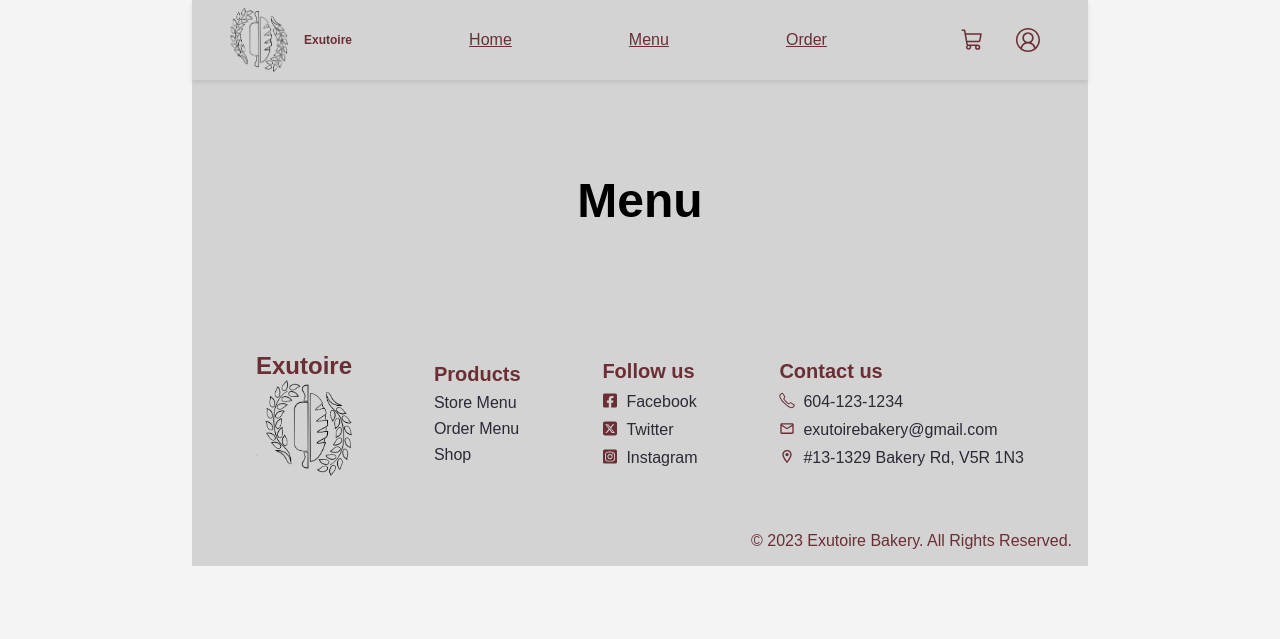
Repository: MelissaJacobi/COMP3170-final-proj
Page: /menu
These files come from the project's save history. The page is drawn as it stood at one moment and after the next save; the edit follows.
The browser window is 1280 px wide. The pictures show the whole page.
The project was rebuilt for these pictures with package versions that can differ from the ones it lists, and the page was loaded fresh each time. Also part of the build but not shown: vite.config.js, src/components/Carousel.module.css, src/components/Carousel.tsx, src/components/Vision.module.css, src/components/Vision.tsx, src/components/MenuGallery.tsx.

Above is the page before, as saved 2024-10-05 22:51:16.

### src/main.tsx
import { StrictMode } from 'react'
import { createRoot } from 'react-dom/client'
import App from './App.tsx'
import './index.css'

 createRoot(document.getElementById('root')!).render(
   <StrictMode>
     <App />
   </StrictMode>,
 )

### src/App.tsx
import { BrowserRouter as Router, Routes, Route } from 'react-router-dom';
import styles from './App.module.css';
import Header from './components/Header';
import Footer from './components/Footer';
import Carousel from './components/Carousel';
import Vision from './components/Vision';
import MenuGallery from './components/MenuGallery';
import Menu from './pages/menu';

function App() {
  return (
    <Router>
      <div className={styles.appContainer}>
      <Header />
      <Routes>

        <Route path="/" element={
          <>
            <Carousel />

              <div className={styles.filler}></div>
              <Vision />
              <MenuGallery />

          </>
        } />

        <Route path="/menu" element={<Menu />} />

      </Routes>
      <Footer />
      </div>
    </Router>
  );
}

export default App;

### src/index.css
* {
  margin: 0;
  padding: 0;
  box-sizing: border-box;
}

body {
  font-family: Arial, sans-serif;
  line-height: 1.6;
  background-color: #f4f4f4;
}

:root {
  --primary-color: lightgrey;
  --secondary-color: lightblue;
  --accent-color: #6A2E35;
  --background-color: white;
  --text-color: #2E2836;
}

### src/App.module.css
.appContainer {
    width: 70%;
    height: 100%;
    margin: auto;
}

.filler {
    height: 35rem;
}

### src/components/Header.tsx
// Header.tsx
import { Link } from 'react-router-dom';
import styles from './Header.module.css';
import logo from "../assets/images/logo.png";
import { PiShoppingCart } from "react-icons/pi";
import { VscAccount } from "react-icons/vsc";

export default function Header() {
  return (
    <div className={styles.container}>
      <div>
        <img src={logo} alt="Logo" className={styles.logo} />
        <p className={styles.siteTitle}>Exutoire</p>
      </div>
      <Link to="/" className={styles.links}>Home</Link>
      <Link to="/Menu" className={styles.links}>Menu</Link>
      <Link to="/order" className={styles.links}>Order</Link>
      <div>
        <PiShoppingCart className={styles.icon} />
        <VscAccount className={styles.icon} />
      </div>
    </div>
  );
}

### src/components/Footer.tsx
import logo from "../assets/images/logo.png"
import styles from "./Footer.module.css"
import { FaFacebookSquare } from "react-icons/fa";
import { FaSquareXTwitter } from "react-icons/fa6";
import { FaInstagramSquare } from "react-icons/fa";
import { SlPhone } from "react-icons/sl";
import { MdOutlineMailOutline } from "react-icons/md";
import { MdOutlineLocationOn } from "react-icons/md";

export default function Footer() {

  return (
    <>
      <div className={styles.container}>
        <div>
            <p className={styles.siteTitle}>Exutoire</p>
            <img src={logo} alt="Logo" className={styles.logo}/>
        </div>
        <ul>
          <p>Products</p>
          <li>Store Menu</li>
          <li>Order Menu</li>
          <li>Shop</li>
        </ul>
        <ul>
          <p>Follow us</p>
          <li><FaFacebookSquare className={styles.socialIcon}/>Facebook</li>
          <li><FaSquareXTwitter className={styles.socialIcon}/>Twitter</li>
          <li><FaInstagramSquare className={styles.socialIcon}/>Instagram</li>
        </ul>
        <ul>
          <p>Contact us</p>
          <li><SlPhone  className={styles.socialIcon}/>604-123-1234</li>
          <li><MdOutlineMailOutline className={styles.socialIcon}/>exutoirebakery@gmail.com</li>
          <li><MdOutlineLocationOn className={styles.socialIcon}/>#13-1329 Bakery Rd, V5R 1N3</li>
        </ul>
      </div>
      <p className={styles.copywrite}>© 2023 Exutoire Bakery.  All Rights Reserved.</p>
    </>
  )
}

### src/pages/menu.tsx
import styles from './Menu.module.css'

export default function Menu() {

  return (
    <>
    <div className={styles.container}>
        <div className={styles.banner}>
          <h1>Menu</h1>
        </div>
        <div className={styles.options}>

        </div>
    </div>

    </>
  )
}

### src/components/Header.module.css
.container {
    background-color: var(--primary-color);
    width: 100%;
    height: 5rem;
    display: flex;
    align-items: center;
    justify-content: space-between;
    padding: 2rem;
    position: sticky;
    top: 0;
    z-index: 1000;
    box-shadow: 0 2px 4px rgba(0, 0, 0, 0.1);
}

.logo {
    height: 4rem;
    width: 4rem;
}

.siteTitle {
    font-size: 12px;
    font-style: normal;
    font-weight: 700;
    line-height: normal;
    margin-left: 1rem;
    color: var(--accent-color)
}

.container div {
    display: flex;
    align-items: center;
}

.links {
    font-size: 16px;
    font-style: normal;
    font-weight: 400;
    line-height: normal;
    color: var(--accent-color)
}

.icon {
    height: 1.5rem;
    width: 1.5rem;
    margin: 1rem;
    color: var(--accent-color)
}

### src/components/Footer.module.css
.container {
    background-color: var(--primary-color);
    height: 100%;
    width: 100%;
    display: flex;
    align-items: center;
    justify-content: space-between;
    padding: 2rem 4rem;
}

.container div{
    text-align: center;
}

.logo {
    width: 6rem;
    height: 6rem;
}

.siteTitle {
    font-size: 24px;
    font-style: normal;
    font-weight: 700;
    line-height: normal;
    color: var(--accent-color)
}

.container ul p {
    color: var(--accent-color);
    font-size: 20px;
    font-style: normal;
    font-weight: 700;
    line-height: normal;
}

.container ul li {
    font-size: 16px;
    font-style: normal;
    font-weight: 400;
    line-height: normal;
    margin: 0.5rem 0rem;
    padding: 0;
    list-style-type: none;
    color: var(--text-color)
}

.socialIcon {
    transform: translateY(0.1rem);
    color: var(--accent-color);
    margin-right: 0.5rem;
}

.copywrite {
    width: 100%;
    text-align: right;
    padding: 1rem;
    font-size: 16px;
    font-style: normal;
    font-weight: 400;
    line-height: normal;
    color: var(--accent-color);
    background-color: var(--primary-color);
}

### src/pages/Menu.module.css
.container {
    width: 100%;
}

.banner {
    width: 100%;
    height: 15rem;
    display: flex;
    justify-content: center;
    align-items: center;
    background-color: var(--primary-color);
}

.container h1 {
    font-size: 48px;
    font-style: normal;
    font-weight: 700;
    line-height: normal;
}

.options {
    display: flex;
    flex-wrap: wrap;
}

### src/components/MenuGallery.module.css
.container {
    display: flex;
    flex-direction: column;
    align-items: center;
    justify-content: center;
    height: 100%;
}

h2 {
    font-size: 30px;
    font-style: normal;
    font-weight: 700;
    line-height: normal;
    text-align: center;
    margin: 0;
}

.gallery {
    width: 100%;
    margin-top: 1rem;
    display: flex;
    justify-content: space-around;
    flex-wrap: wrap;
    height: 100%;
    padding: 1rem 7rem;
}

.galleryItem {
    height: 15rem;
    width: 15rem;
    background-color: var(--primary-color);
    display: flex;
    justify-content: center;
    margin: 1rem;
}

Loaded but not shown: index.html (common file)

After the next save:
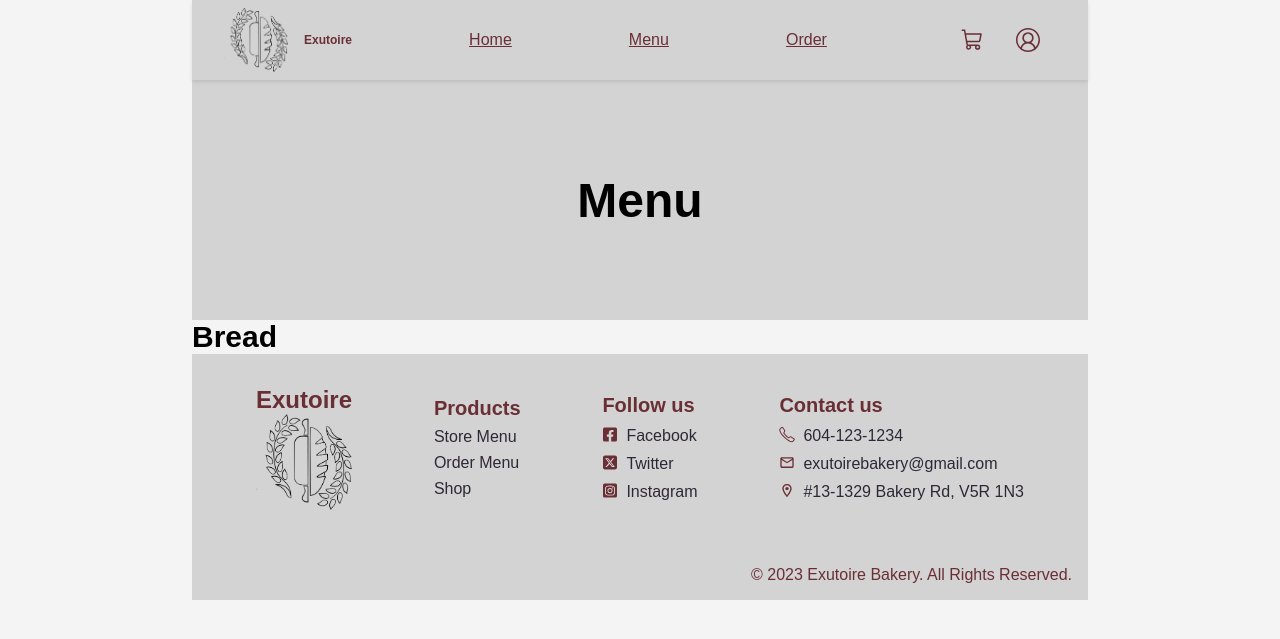
Saved 6 min 2 s later.
--- a/src/pages/menu.tsx
+++ b/src/pages/menu.tsx
@@ -9,7 +9,10 @@ export default function Menu() {
           <h1>Menu</h1>
         </div>
         <div className={styles.options}>
-
+          <div className={styles.options}>
+            <div></div>
+            <h2>Bread</h2>
+          </div>
         </div>
     </div>
 
